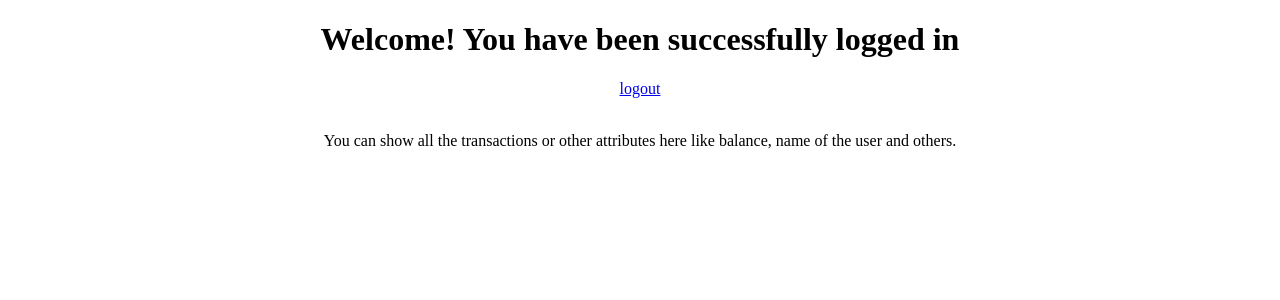
Repository: jacknishanian/Database-project
Page: http://localhost/database/activitypage.jsp
An editor plug-in stored every save of this project. The page is shown before and after the next save, followed by the edit.
The browser window is 1280 px wide. The pictures show the whole page.
The page is served by Tomcat 9.

Above is the page before, as saved 2023-10-18 00:16:44.

After the next save:
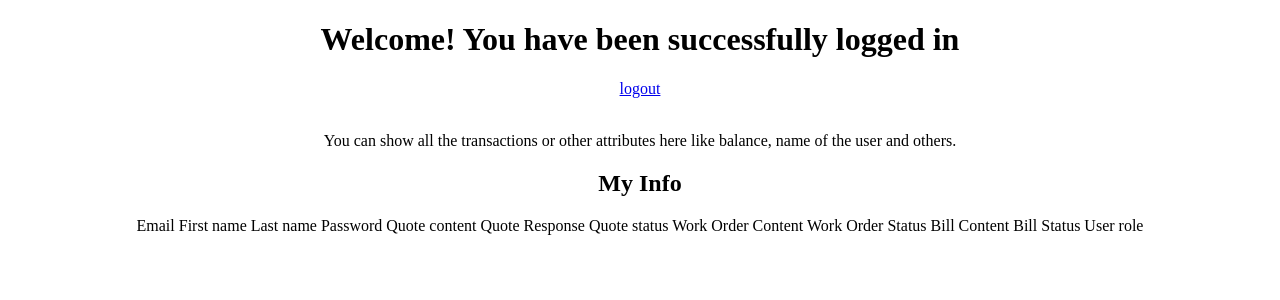
Saved 89 s later.
--- a/database/WebContent/activitypage.jsp
+++ b/database/WebContent/activitypage.jsp
@@ -16,6 +16,38 @@
 	 <center>
 		 <a href="login.jsp"target ="_self" > logout</a><br><br>
 		 <p> You can show all the transactions or other attributes here like balance, name of the user and others.</p>
+
+
+		 <caption><h2>My Info</h2></caption>
+            <tr>
+				<th>Email</th>
+                <th>First name</th>
+                <th>Last name</th>
+                <th>Password</th>
+                <th>Quote content</th>
+                <th>Quote Response</th>
+                <th>Quote status</th>
+                <th>Work Order Content</th>
+                <th>Work Order Status</th>
+                <th>Bill Content</th>
+                <th>Bill Status</th>
+                <th>User role</th>
+            </tr>
+
+            <tr style="text-align:center">
+                    <td><c:out value="${users.email}" /></td>
+                    <td><c:out value="${users.firstName}" /></td>
+                    <td><c:out value="${users.lastName}" /></td>
+                    <td><c:out value="${users.password}" /></td>
+                    <td><c:out value="${users.quotes_content}" /></td>
+                    <td><c:out value="${users.quotes_response}"/></td>
+                    <td><c:out value="${users.quotes_status}" /></td>
+                    <td><c:out value="${users.work_order_status}" /></td>
+                    <td><c:out value="${users.bill_of_work_content}"/></td>
+                    <td><c:out value="${users.bill_of_work_status}" /></td>
+                    <td><c:out value="${users.role}" /></td>
+                </tr>
+
 		 </center>
 	</body>
 </html>
